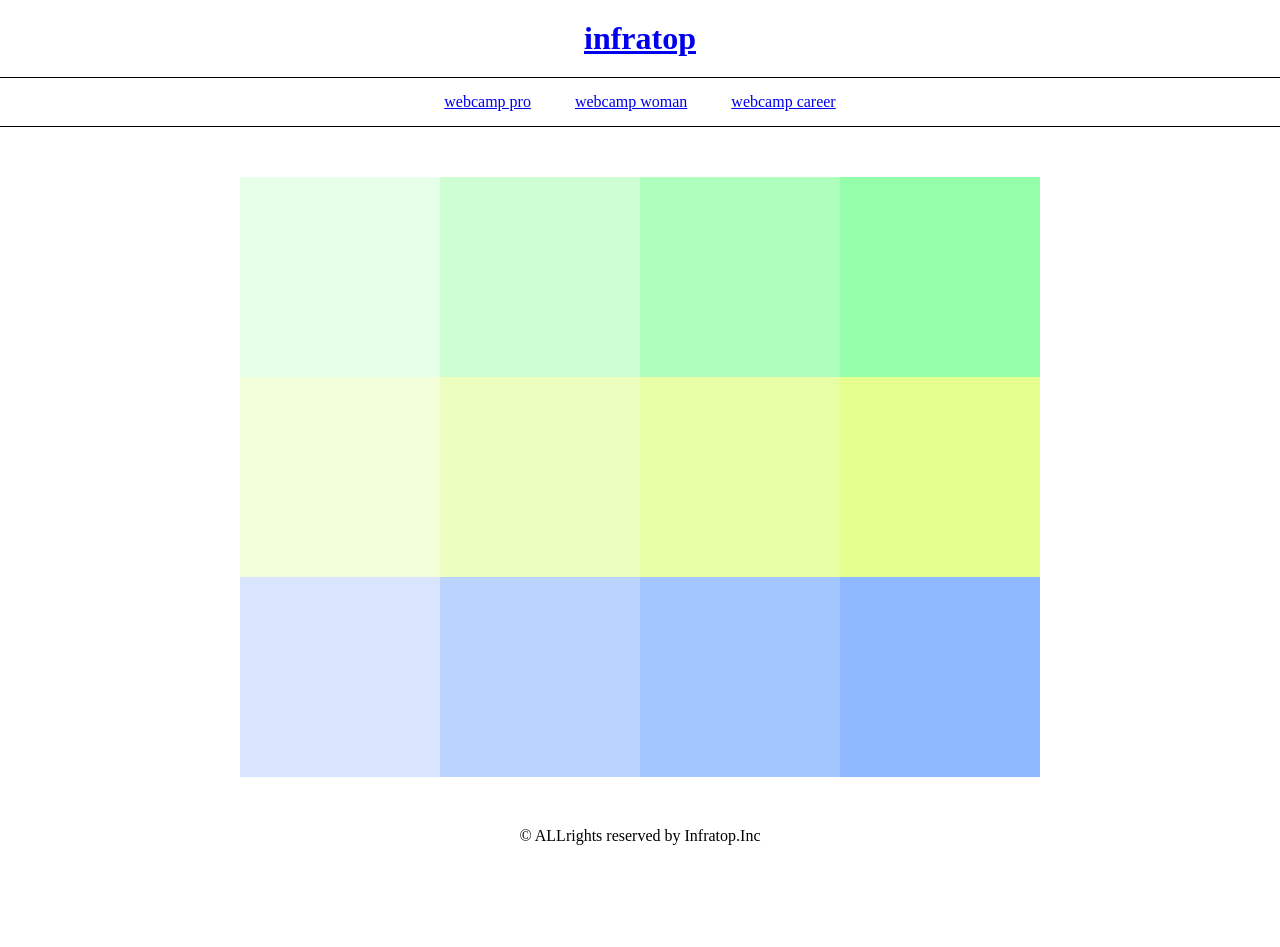
Repository: matsumurashin/flex
Page: chapter5-exercise/chap5.html
The author's editor kept a record of every edit. The page is drawn from the files as they stood at one moment, then again after the next edit.
The browser window is 1280 px wide. The pictures show the whole page.

Above is the page before.

After the next edit:
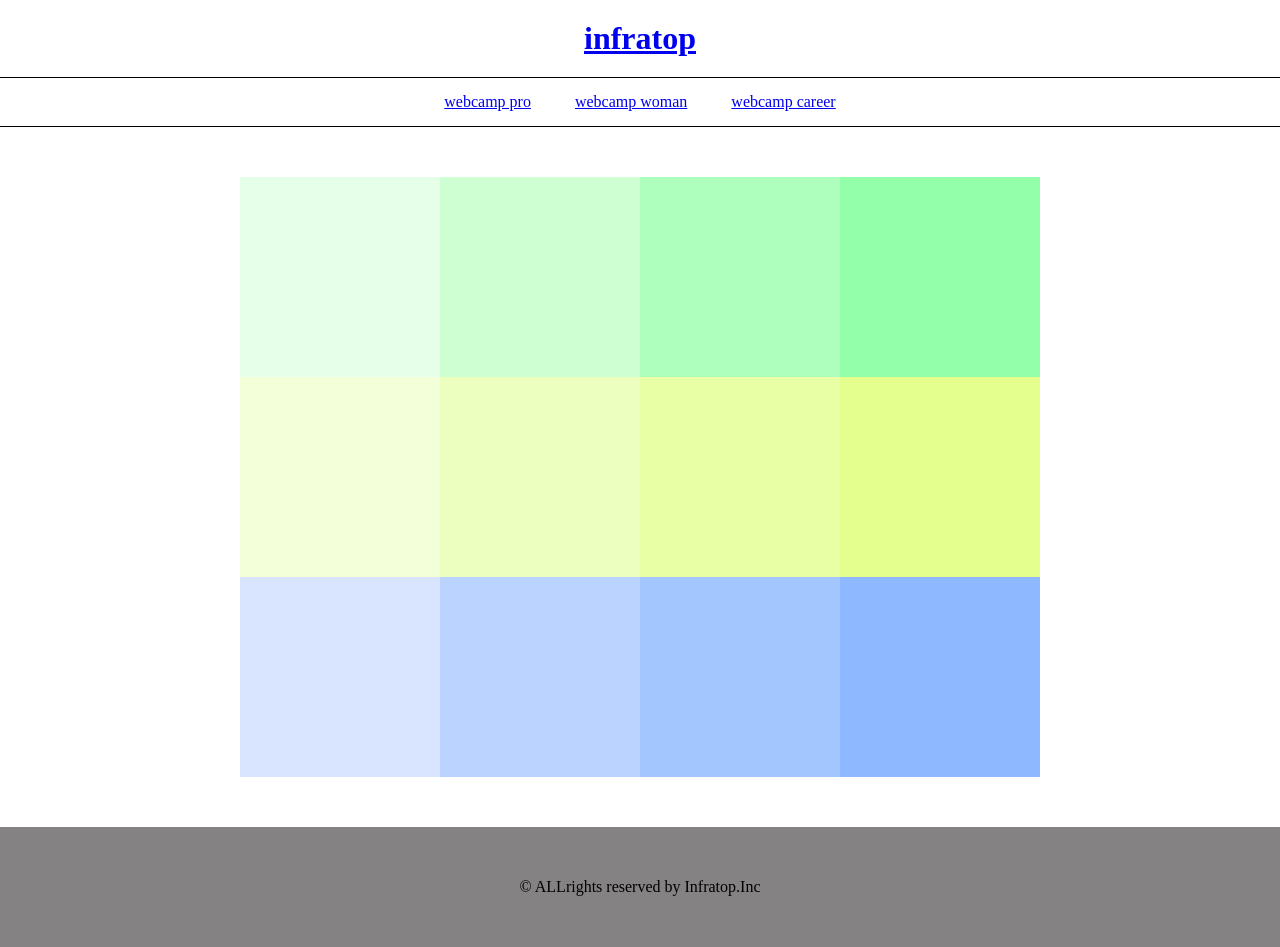
The edit:
--- a/chapter5-exercise/chap5.css
+++ b/chapter5-exercise/chap5.css
@@ -107,7 +107,7 @@
   width: 100%;
   height: 120px;
   text-align: center;
-  line-height: 120px
+  line-height: 120px;
   background-color: #848282;
   display: block;
 }
